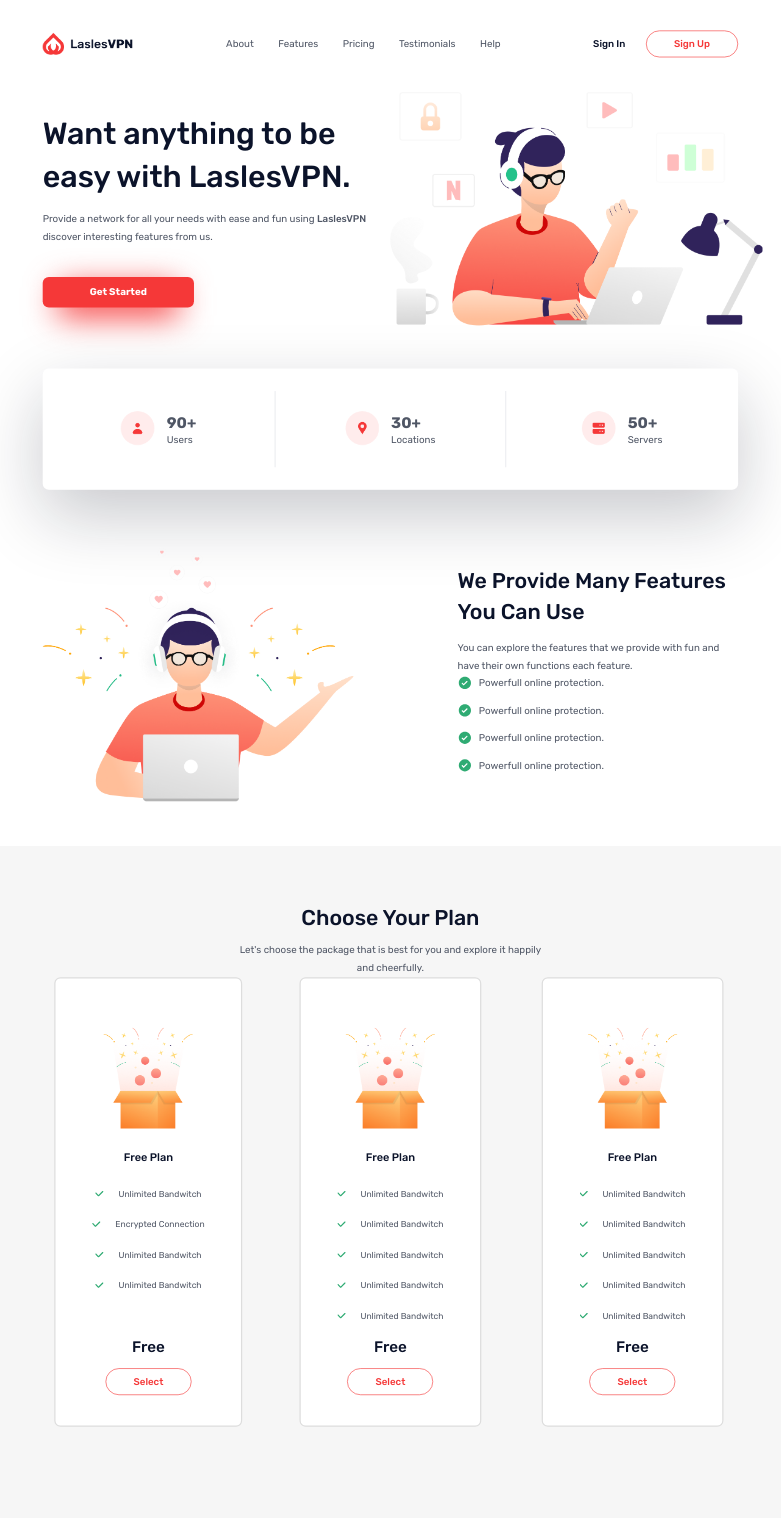
Repository: PhamTrungNguyen/LuyenTap
Page: LT_Figma/index.html
An editor plug-in stored every save of this project. The page is shown before and after a run of saves, followed by the edit.
The browser window is 1280 px wide. The pictures show the whole page, at 61% of full size.
Some web libraries are served in a nearby version. The style sheet was rebuilt from its Sass, Less or Tailwind sources for each picture, by a compiler version that may differ from the author's.

Above is the page before, as saved 2021-12-08 22:39:59.
Console error: TypeError: Cannot read properties of null (reading 'addEventListener')

### LT_Figma/index.html
<!DOCTYPE html>
<html lang="en">

<head>
  <meta charset="UTF-8" />
  <meta http-equiv="X-UA-Compatible" content="IE=edge" />
  <meta name="viewport" content="width=device-width, initial-scale=1.0" />
  <title>Lasles VPN</title>
  <link rel="stylesheet" href="./css/reset.css">
  <link rel="stylesheet" href="./css/app.css" />
  <!-- Link font chữ -->
  <link rel="preconnect" href="https://fonts.googleapis.com">
  <link rel="preconnect" href="https://fonts.gstatic.com" crossorigin>
  <link href="https://fonts.googleapis.com/css2?family=Rubik:wght@400;500;700&display=swap" rel="stylesheet">
</head>

<body>
  <div class="wrapper">
    <!-- ---------------------------------- Phần header ---------------------------------- -->
    <header class="header">
      <div class="container">
        <div class="header-container">
          <img srcset="./images/logo.png 2x" alt="" class="header-logo"> <!-- độ nét logo -->
          <ul class="menu">
            <li class="menu-item">
              <a href="#" class="menu-link">About</a>
            </li>
            <li class="menu-item">
              <a href="#" class="menu-link">Features</a>
            </li>
            <li class="menu-item">
              <a href="#" class="menu-link">Pricing</a>
            </li>
            <li class="menu-item">
              <a href="#" class="menu-link">Testimonials</a>
            </li>
            <li class="menu-item">
              <a href="#" class="menu-link">Help</a>
            </li>
          </ul>
          <div class="header-user">
            <a href="#" class="header-user_in">Sign In</a>
            <a href="#" class="button button--outline">Sign Up</a>
          </div>
        </div>
      </div>
    </header>

    <!-- ---------------------------------- Phần hero ---------------------------------- -->
    <section class="hero">
      <div class="container">
        <div class="hero-container">
          <div class="hero-content">
            <h2 class="hero-content_heading">Want anything to be easy with LaslesVPN.</h2>
            <span class="hero-content_desc">Provide a network for all your needs with ease and fun using
              <strong>LaslesVPN</strong> discover interesting features from us.</span>
            <a href="#" class="button button--primary">Get Started</a>
          </div>
          <div class="hero-image">
            <img srcset="./images/hero-image.png 2x" alt="">
          </div>
        </div>
      </div>
    </section>

    <!-- ---------------------------------- Phần intro ---------------------------------- -->
    <section class="intro">
      <div class="container">
        <div class="intro-container">
          <div class="intro-item">
              <div class="intro-item_user">
                <img srcset="./images/user.png 2x" alt="">
              </div>
              <div class="intro-item_info">
                <h2 class="intro-item_info__number">90+</h2>
                <span class="intro-item_intro__desc">Users</span>
              </div>
          </div>
          <div class="intro-item">
              <div class="intro-item_user">
                <img srcset="./images/location.png 2x" alt="">
              </div>
              <div class="intro-item_info">
                <h2 class="intro-item_info__number">30+</h2>
                <span class="intro-item_intro__desc">Locations</span>
              </div>
          </div>
          <div class="intro-item">
              <div class="intro-item_user">
                <img srcset="./images/server.png 2x" alt="">
              </div>
              <div class="intro-item_info">
                <h2 class="intro-item_info__number">50+</h2>
                <span class="intro-item_intro__desc">Servers</span>
              </div>
          </div>
        </div>
      </div>
    </section>
     <!-- ---------------------------------- Phần Features ---------------------------------- -->
     <section class="feature">
       <div class="container">
         <div class="feature-container">
           <div class="feature-image">
             <img srcset="./images/feature-image.png 2x" alt="">
           </div>
           <div class="feature-content">
             <h3 class="feature-title">We Provide Many Features You Can Use</h3>
             <span class="feature-desc">You can explore the features that we provide with fun and have their own functions each feature.</span>
             <ul class="feature-list">
               <li class="feature-item">
                 <img src="./images/icon-check.svg" alt="" class="feature-item_check">
                 <span class="feature-item_text">Powerfull online protection.</span>
               </li>
               <li class="feature-item">
                 <img src="./images/icon-check.svg" alt="" class="feature-item_check">
                 <span class="feature-item_text">Powerfull online protection.</span>
               </li>
               <li class="feature-item">
                 <img src="./images/icon-check.svg" alt="" class="feature-item_check">
                 <span class="feature-item_text">Powerfull online protection.</span>
               </li>
               <li class="feature-item">
                 <img src="./images/icon-check.svg" alt="" class="feature-item_check">
                 <span class="feature-item_text">Powerfull online protection.</span>
               </li>
             </ul>
           </div>
         </div>
       </div>
     </section>

     <!-- ---------------------------------- Phần Plan ---------------------------------- -->
     <section class="plan">
       <div class="container">
         <div class="plan-container">
           <div class="plan-heading">
             <h3 class="plan-heading_title">Choose Your Plan</h3>
             <span class="plan-heading_desc">Let's choose the package that is best for you and explore it happily and cheerfully.</span>
           </div>
           <div class="plan-main">
             <div class="plan-item">
               <div class="plan-item_image">
                 <img srcset="./images/plan.png 2x" alt="">
               </div>
               <h3 class="plan-item_title">Free Plan</h3>
               <ul class="plan-item--list">
                 <li class="plan-item_text">
                   <img src="./images/icon-check-line.svg" alt="" class="plan-item_icon">
                   <span class="plan-item_desc">Unlimited Bandwitch</span>
                 </li>
                 <li class="plan-item_text">
                   <img src="./images/icon-check-line.svg" alt="" class="plan-item_icon">
                   <span class="plan-item_desc">Encrypted Connection</span>
                 </li>
                 <li class="plan-item_text">
                   <img src="./images/icon-check-line.svg" alt="" class="plan-item_icon">
                   <span class="plan-item_desc">Unlimited Bandwitch</span>
                 </li>
                 <li class="plan-item_text">
                   <img src="./images/icon-check-line.svg" alt="" class="plan-item_icon">
                   <span class="plan-item_desc">Unlimited Bandwitch</span>
                 </li>
               </ul>
               <h2 class="plan-item_free">Free</h2>
               <a href="#" class="button button--outline">Select</a>
             </div>

             <div class="plan-item">
               <div class="plan-item_image">
                 <img srcset="./images/plan.png 2x" alt="">
               </div>
               <h3 class="plan-item_title">Free Plan</h3>
               <ul class="plan-item--list">
                 <li class="plan-item_text">
                   <img src="./images/icon-check-line.svg" alt="" class="plan-item_icon">
                   <span class="plan-item_desc">Unlimited Bandwitch</span>
                 </li>
                 <li class="plan-item_text">
                   <img src="./images/icon-check-line.svg" alt="" class="plan-item_icon">
                   <span class="plan-item_desc">Unlimited Bandwitch</span>
                 </li>
                 <li class="plan-item_text">
                   <img src="./images/icon-check-line.svg" alt="" class="plan-item_icon">
                   <span class="plan-item_desc">Unlimited Bandwitch</span>
                 </li>
                 <li class="plan-item_text">
                   <img src="./images/icon-check-line.svg" alt="" class="plan-item_icon">
                   <span class="plan-item_desc">Unlimited Bandwitch</span>
                 </li>
                 <li class="plan-item_text">
                   <img src="./images/icon-check-line.svg" alt="" class="plan-item_icon">
                   <span class="plan-item_desc">Unlimited Bandwitch</span>
                 </li>
               </ul>
               <h2 class="plan-item_free">Free</h2>
               <a href="#" class="button button--outline">Select</a>
             </div>

             <div class="plan-item">
               <div class="plan-item_image">
                 <img srcset="./images/plan.png 2x" alt="">
               </div>
               <h3 class="plan-item_title">Free Plan</h3>
               <ul class="plan-item--list">
                 <li class="plan-item_text">
                   <img src="./images/icon-check-line.svg" alt="" class="plan-item_icon">
                   <span class="plan-item_desc">Unlimited Bandwitch</span>
                 </li>
                 <li class="plan-item_text">
                   <img src="./images/icon-check-line.svg" alt="" class="plan-item_icon">
                   <span class="plan-item_desc">Unlimited Bandwitch</span>
                 </li>
                 <li class="plan-item_text">
                   <img src="./images/icon-check-line.svg" alt="" class="plan-item_icon">
                   <span class="plan-item_desc">Unlimited Bandwitch</span>
                 </li>
                 <li class="plan-item_text">
                   <img src="./images/icon-check-line.svg" alt="" class="plan-item_icon">
                   <span class="plan-item_desc">Unlimited Bandwitch</span>
                 </li>
                 <li class="plan-item_text">
                   <img src="./images/icon-check-line.svg" alt="" class="plan-item_icon">
                   <span class="plan-item_desc">Unlimited Bandwitch</span>
                 </li>
               </ul>
               <h2 class="plan-item_free">Free</h2>
               <a href="#" class="button button--outline">Select</a>
             </div>



           </div>
         </div>
       </div>
     </section>

  </div>

  <script type="text/javascript" src="https://code.jquery.com/jquery-1.11.0.min.js"></script>
  <script type="text/javascript" src="https://code.jquery.com/jquery-migrate-1.2.1.min.js"></script>
  <script type="text/javascript" src="https://cdn.jsdelivr.net/npm/slick-carousel@1.8.1/slick/slick.min.js"></script>
  <script src="./scripts/app.js"></script>
  <!-- sass ./sass/app.scss ./css/app.css --watch -->
</body>

</html>

### LT_Figma/css/reset.css
/* http://meyerweb.com/eric/tools/css/reset/
   v2.0 | 20110126
   License: none (public domain)
*/

html,
body,
div,
span,
applet,
object,
iframe,
h1,
h2,
h3,
h4,
h5,
h6,
p,
blockquote,
pre,
a,
abbr,
acronym,
address,
big,
cite,
code,
del,
dfn,
em,
img,
ins,
kbd,
q,
s,
samp,
small,
strike,
strong,
sub,
sup,
tt,
var,
b,
u,
i,
center,
dl,
dt,
dd,
ol,
ul,
li,
fieldset,
form,
label,
legend,
table,
caption,
tbody,
tfoot,
thead,
tr,
th,
td,
article,
aside,
canvas,
details,
embed,
figure,
figcaption,
footer,
header,
hgroup,
menu,
nav,
output,
ruby,
section,
summary,
time,
mark,
audio,
video {
  margin: 0;
  padding: 0;
  border: 0;
  font-size: 100%;
  font: inherit;
  vertical-align: baseline;
}
/* HTML5 display-role reset for older browsers */
article,
aside,
details,
figcaption,
figure,
footer,
header,
hgroup,
menu,
nav,
section {
  display: block;
}
body {
  line-height: 1;
}
ol,
ul {
  list-style: none;
}
blockquote,
q {
  quotes: none;
}
blockquote:before,
blockquote:after,
q:before,
q:after {
  content: "";
  content: none;
}
table {
  border-collapse: collapse;
  border-spacing: 0;
}

### LT_Figma/scripts/app.js
$(".customer-list").slick({
  infinite: true,
  slidesToShow: 3,
  slidesToScroll: 1,
  dots: true,
  prevArrow: `<button type='button' class='slick-prev pull-left'><img src="./images/arrow-left.svg"/></button>`,
  nextArrow: `<button type='button' class='slick-next pull-right'><img src="./images/arrow-right.svg"/></button>`,
  responsive: [
    {
      breakpoint: 1024,
      settings: {
        slidesToShow: 2,
        slidesToScroll: 1,
        infinite: true,
        arrows: false,
      },
    },
    {
      breakpoint: 480,
      settings: {
        slidesToShow: 1,
        slidesToScroll: 1,
        infinite: true,
        arrows: false,
      },
    },
  ],
});
const toggle = document.querySelector(".menu-toggle");
const menu = document.querySelector(".menu");
const activeClass = "is-show";
toggle.addEventListener("click", function () {
  menu.classList.add(activeClass);
});
window.addEventListener("click", function (e) {
  if (!menu.contains(e.target) && !e.target.matches(".menu-toggle")) {
    menu.classList.remove(activeClass);
  }
});

### LT_Figma/sass/app.scss
@import "reset";
@import "variables";
@import "global";

@import "header";
@import "hero";
@import "intro";
@import "feature";
@import "plan";

### LT_Figma/sass/_reset.scss
/* http://meyerweb.com/eric/tools/css/reset/
   v2.0 | 20110126
   License: none (public domain)
*/

html,
body,
div,
span,
applet,
object,
iframe,
h1,
h2,
h3,
h4,
h5,
h6,
p,
blockquote,
pre,
a,
abbr,
acronym,
address,
big,
cite,
code,
del,
dfn,
em,
img,
ins,
kbd,
q,
s,
samp,
small,
strike,
strong,
sub,
sup,
tt,
var,
b,
u,
i,
center,
dl,
dt,
dd,
ol,
ul,
li,
fieldset,
form,
label,
legend,
table,
caption,
tbody,
tfoot,
thead,
tr,
th,
td,
article,
aside,
canvas,
details,
embed,
figure,
figcaption,
footer,
header,
hgroup,
menu,
nav,
output,
ruby,
section,
summary,
time,
mark,
audio,
video {
  margin: 0;
  padding: 0;
  border: 0;
  font-size: 100%;
  font: inherit;
  vertical-align: baseline;
  text-decoration: none;
}
/* HTML5 display-role reset for older browsers */
article,
aside,
details,
figcaption,
figure,
footer,
header,
hgroup,
menu,
nav,
section {
  display: block;
}
body {
  line-height: 1;
}
ol,
ul {
  list-style: none;
}
blockquote,
q {
  quotes: none;
}
blockquote:before,
blockquote:after,
q:before,
q:after {
  content: "";
  content: none;
}
table {
  border-collapse: collapse;
  border-spacing: 0;
}
*,
*:after,
*:before {
  margin: 0;
  padding: 0;
  box-sizing: border-box;
}

### LT_Figma/sass/_variables.scss
$font-1: "Rubik", sans-serif;
$text-color: #4F5665;
$title-color: #0b132a;
$red-color: #F53838;
$gray-color: #dde0e4;
$gray-light-color: #f8f8f8;
$gray-lighter-color: #ddd;

### LT_Figma/sass/_global.scss
body {
  line-height: 1;
  font-family: $font-1;
  color: $text-color;
  font-weight: 400;
  font-size: 16px;
  background-color: white;
}
html {
  font-size: 62.5%;
}
button {
  cursor: pointer;
  outline: none;
  border: none;
  font-family: $font-1;
}
.wrapper {
  // lớp bao ngoài
  max-width: 1440px;
  margin: 0 auto;
}
.container {
  // container bên trong
  max-width: 1240px;
  margin: 0 auto;
  padding: 0 50px;
}
.button {
  display: inline-block;
  padding: 13px 45px;
  border-radius: 100rem;
  font-family: $font-1;
  line-height: 1;
  font-size: 16px;
  cursor: pointer;
  border: none;
  outline: none;
  &--primary {
    font-weight: 700;
    background-color: $red-color;
    color: white;
    border-radius: 10px;
    padding: 17px 77px;
    position: relative;
    &:after {
      content: "";
      background: rgba(245, 56, 56, 0.979);
      filter: blur(26px);
      position: absolute;
      top: 80%;
      left: 50%;
      transform: translate(-50%, -50%);
      width: 80%;
      height: 100%;
      z-index: -1;
    }
  }
  &--outline {
    background-color: transparent;
    color: $red-color;
    font-weight: 500;
    border: 1px solid;
  }
  &--rounded {
    font-weight: 700;
    background-color: $red-color;
    color: white;
    padding: 13px 62px;
  }
}

### LT_Figma/sass/_header.scss
.header {
  padding-top: 50px;
  padding-bottom: 90px;
  &-container {
    display: flex;
    justify-content: space-between;
    align-items: center;
    flex-wrap: wrap;
    position: relative;
  }
  &-user {
    font-weight: 500;
    &_in {
      margin-right: 3rem;
      color: $title-color;
    }
  }
}
.menu {
  display: flex;
  align-items: center;
  list-style: none;
  gap: 0 40px;
  &-link {
    color: $text-color;
  }
}
@media screen and (max-width: 1023px) {
  .header-user {
    position: absolute;
    right: 0;
    top: 80%;
    transform: translateY(50%);
  }
}
@media  screen and (max-width:767px){
  .menu{
    display: none;
  }

}

### LT_Figma/sass/_hero.scss
.hero {
  padding-bottom: 100px;
  &-container {
    display: flex;
    justify-content: space-between;
    align-items: center;
    gap: 0 40px;
    position: relative;
  }
  &-content {
    width: 100%;
    max-width: 555px;
    &_heading {
      font-weight: 500;
      color: $title-color;
      font-size: 50px;
      line-height: calc(70 / 50);
      margin-bottom: 2rem;
    }
    &_desc {
      display: block;
      line-height: calc(30 / 16);
      margin-bottom: 5rem;
      strong {
        font-weight: 500;
      }
    }
  }
  &-image {
    // đỡ mất kích thước của ảnh
    position: absolute;
    top: 50%;
    right: 0;
    transform: translate(40px, -50%);
  }

}
@media  screen and (max-width:1279px){
  .hero-image {
    // đỡ mất kích thước của ảnh
    position:inherit;
    transform: none;
    img{
      width: 100%;
    }
  }
  .hero-content {
    width: 100%;
    max-width: 455px;
}
  .hero-content_heading {

    font-size: 45px;

}

}
@media screen and (max-width: 1023px) {
  .hero-content_heading {
    color: #0b132a;
    font-size: 30px;
  }
}
@media  screen and (max-width:767px){
    .hero-container {
        flex-direction: column-reverse;
        gap: 50px 0;
    }
    .hero-content_heading {
        color: #0b132a;
        font-size: 23px;
    }



}

### LT_Figma/sass/_intro.scss
.intro {
  margin-bottom: 95px;
  &-container {
    padding: 37px 0;
    box-shadow: 0 42px 114px 0 rgba(13, 16, 37, 0.226);
    display: grid;
    grid-template-columns: repeat(3, minmax(0, 1fr));
    border-radius: 10px;
    background-color: #fff;
  }
  &-item {
    display: flex;
    justify-content: center;
    align-items: center;

    &_user {
      margin-right: 2rem;
    }
    &_info {
      &__number {
        font-weight: 700;
        font-size: 25px;
        margin-bottom: 6px;
        line-height: calc(30 / 25);
      }
      &__desc{
        line-height: calc(30 / 20);
      }
    }
    height: 125px;
  }
}
@media screen and (min-width: 768px) {
  .intro-item:nth-child(2) {
    border-right: 2px solid #eeeff2;
    border-left: 2px solid #eeeff2;
  }
}

@media screen and (max-width: 767px) {
  .intro-container {
    grid-template-columns: 100%;
  }
  .intro-item {
    flex-direction: row;
    // text-align: center;
  }
  .intro-item:nth-child(2){
      padding-left: 2rem;

  }
}

### LT_Figma/sass/_feature.scss
.feature{
    padding-bottom: 7rem;
    &-container{
        display:flex;
        justify-content: space-between;
        align-items: center;
        gap: 0 170px;
    }
    &-image{
        // width: 100%;
    }
    &-content{

    }
    &-title{
        color:$title-color;
        font-weight: 500;
        font-size: 35px;
        line-height: calc(50/35);
        margin-bottom: 2rem;
    }
    &-desc{
        line-height: calc(30/16);
        margin-bottom: 2rem;
    }
    &-item{
        // list-style: none;
        &_check{
            margin-right: 1rem;
        }
        display: flex;
        align-items: center;
        margin-bottom: 2rem;
    }
}
@media  screen and (max-width:1279px){
    .feature-container {
        gap: 0 90px;
    }

}
@media  screen and (max-width:1023px){
    .feature-image {
        img{
            width: 155%;
        }
    }
    .feature-container {
        gap: 0 150px;
    }

}
@media  screen and (max-width:767px){
    .feature-container {
        flex-direction: column;
    }
    .feature-image img {
        width: 100%;
    }
    .feature-container {
        gap: 50px 0;
    }
    .feature-content{
        display: flex;
        flex-direction: column;
        align-items: center;
        margin: 0 auto;
    }

}

### LT_Figma/sass/_plan.scss
.plan{
    background-color: #F6F6F6;
    padding-bottom: 15rem;
    &-heading{
        padding-top: 10rem;
        margin: 0 auto;
        text-align: center;
        max-width:500px;
        &_title{
            font-weight: 500;
            font-size: 35px;
            margin-bottom: 2rem;
            color:$title-color;
        }
        &_desc{
            line-height: calc(30 /16)
        }
    }
    &-main{
        display: grid;
        grid-template-columns: repeat(3, 1fr);
        gap: 0 50px;

    }
    &-item{
        border: 2px solid #DDDDDD;
        background-color: #FFFFFF;
        border-radius:10px;
        margin:0 auto;
        display: flex;
        flex-direction: column;
        align-items: center;
        padding: 80px 60px 50px;
        text-align: center;
        &_image{
            margin-bottom: 30px;
        }
        &_title{
            color:$title-color;
            font-weight: 500;
            font-size: 18px;
            line-height: calc(30/18);
            margin-bottom: 3rem;
        }
        &_text{
            margin-bottom: 2rem;
        }
        &_icon{
            margin-right: 2rem;
        }
        &_desc{
            font-size: 14px;
            line-height: calc(30/14);
        }
        &_free{
            margin-top: auto;
            font-weight: 500;
            font-size: 25px;
            line-height: calc(30/25);
            color:$title-color;
            margin-bottom: 2rem;
        }

    }
}

After the next 7 saves:
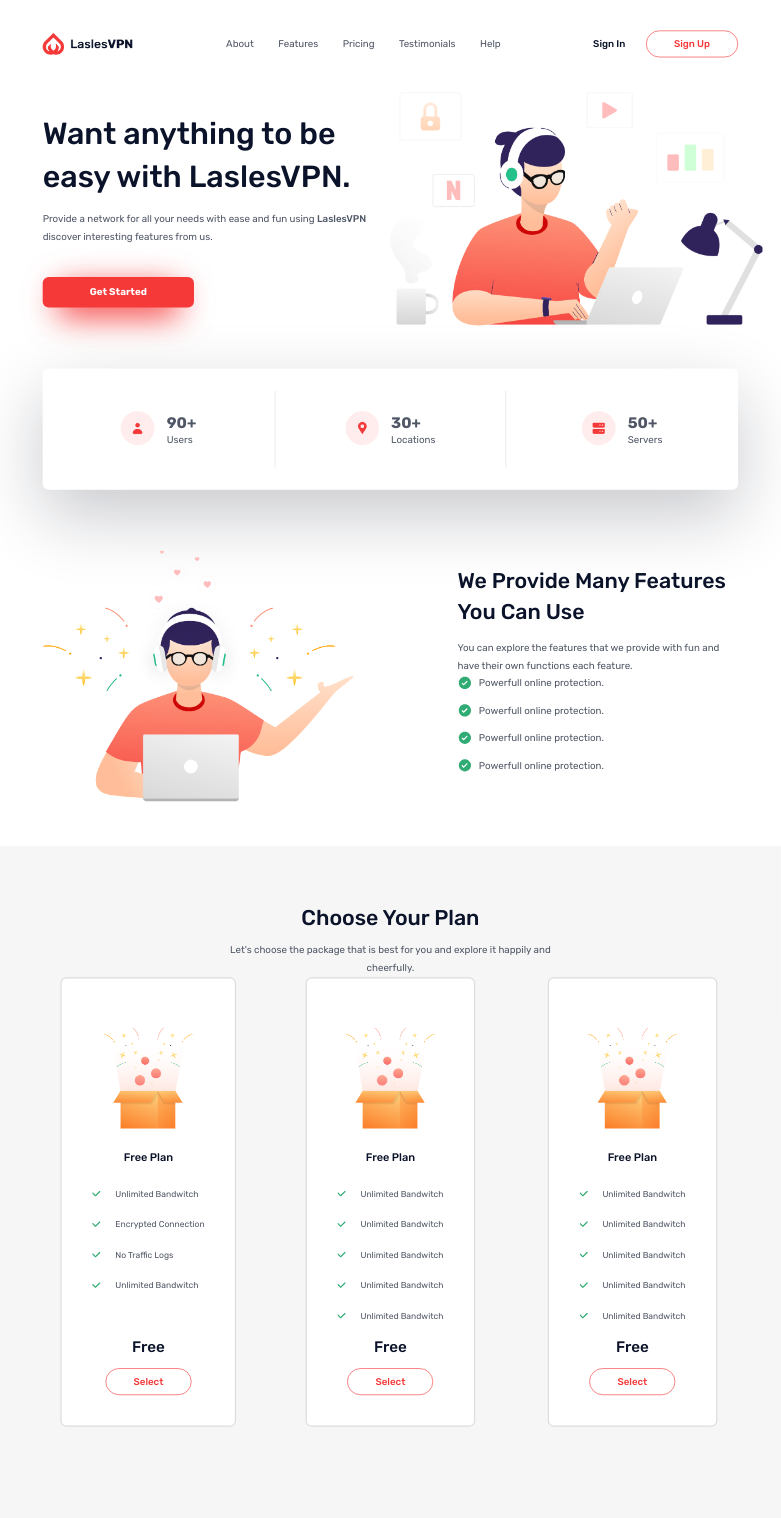
The 7 saves are shown as one change because 5 did not build or start and some came seconds apart.
The last was saved 85 s later.
--- a/LT_Figma/index.html
+++ b/LT_Figma/index.html
@@ -155,7 +155,7 @@
                  </li>
                  <li class="plan-item_text">
                    <img src="./images/icon-check-line.svg" alt="" class="plan-item_icon">
-                   <span class="plan-item_desc">Unlimited Bandwitch</span>
+                   <span class="plan-item_desc">No Traffic Logs</span>
                  </li>
                  <li class="plan-item_text">
                    <img src="./images/icon-check-line.svg" alt="" class="plan-item_icon">
--- a/LT_Figma/sass/_plan.scss
+++ b/LT_Figma/sass/_plan.scss
@@ -5,7 +5,7 @@
         padding-top: 10rem;
         margin: 0 auto;
         text-align: center;
-        max-width:500px;
+        max-width:530px;
         &_title{
             font-weight: 500;
             font-size: 35px;
@@ -30,8 +30,7 @@
         display: flex;
         flex-direction: column;
         align-items: center;
-        padding: 80px 60px 50px;
-        text-align: center;
+        padding: 80px 50px 50px;
         &_image{
             margin-bottom: 30px;
         }
